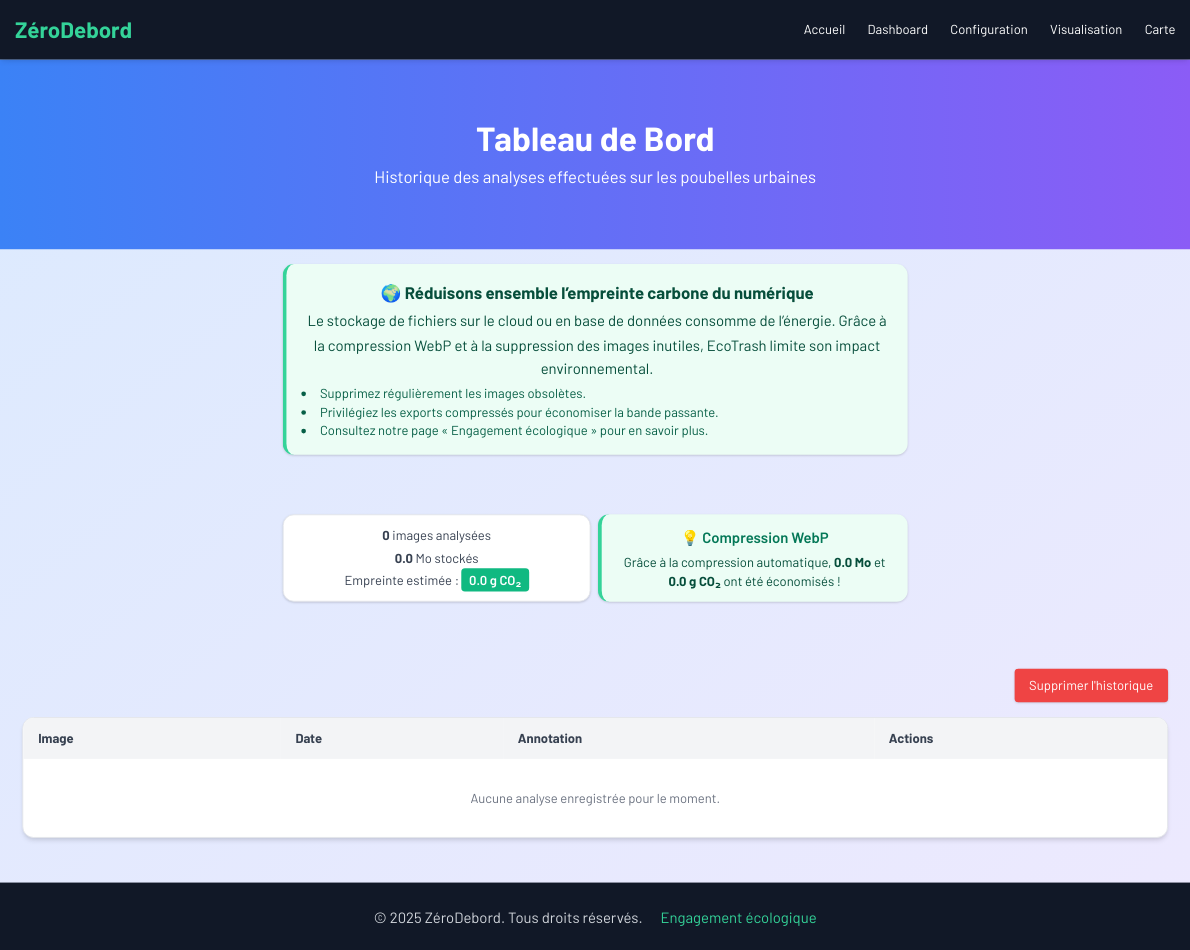
Repository: BaptGBM/MASTERCAMP
Page: http://localhost/dashboard
The author's editor kept a copy of each file at every save. The page is drawn from the files as they stood at one save, then again after the next save.
The browser window is 1280 px wide. The pictures show the whole page, at 93% of full size.
The page is served by the project's application, run on Flask 3 (app.py). Queries for data that is not in the repository find no rows.

Above is the page before, as saved 2025-07-08 23:41:33.

After the next save:
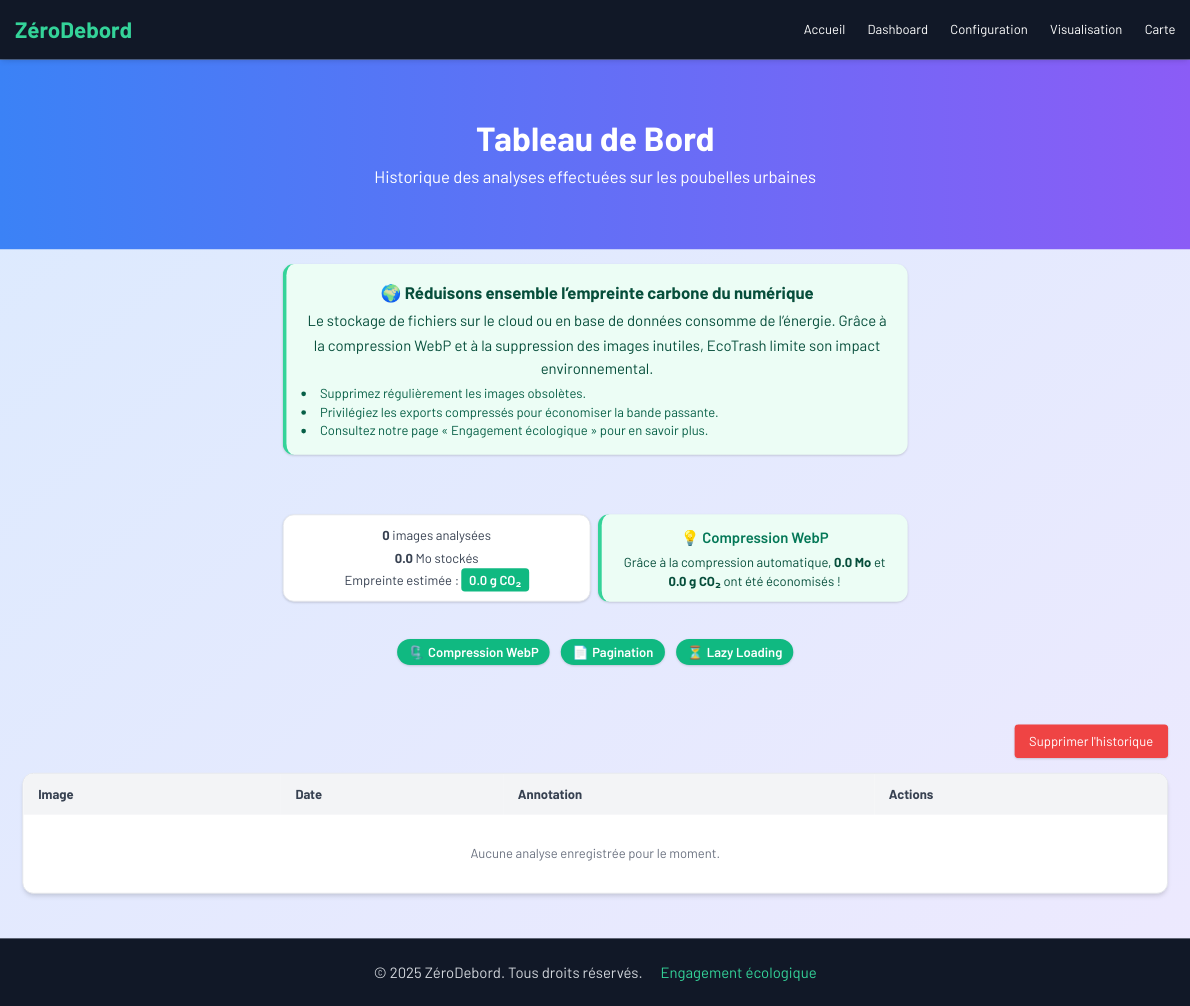
Saved 114 s later.
--- a/templates/dashboard.html
+++ b/templates/dashboard.html
@@ -73,6 +73,26 @@
   </div>
 </section>
 
+<section class="my-4 flex flex-wrap justify-center gap-3">
+  <div class="group relative inline-flex items-center">
+    <span class="bg-green-500 text-white px-3 py-1 rounded-full flex items-center gap-1 text-sm font-semibold shadow">
+      <span>🗜️</span> Compression WebP
+    </span>
+    <span class="absolute left-1/2 -translate-x-1/2 mt-2 w-max bg-gray-900 text-white text-xs rounded px-2 py-1 opacity-0 group-hover:opacity-100 transition pointer-events-none z-10">Toutes les images sont compressées automatiquement</span>
+  </div>
+  <div class="group relative inline-flex items-center">
+    <span class="bg-green-500 text-white px-3 py-1 rounded-full flex items-center gap-1 text-sm font-semibold shadow">
+      <span>📄</span> Pagination
+    </span>
+    <span class="absolute left-1/2 -translate-x-1/2 mt-2 w-max bg-gray-900 text-white text-xs rounded px-2 py-1 opacity-0 group-hover:opacity-100 transition pointer-events-none z-10">Le dashboard charge 10 images par page</span>
+  </div>
+  <div class="group relative inline-flex items-center">
+    <span class="bg-green-500 text-white px-3 py-1 rounded-full flex items-center gap-1 text-sm font-semibold shadow">
+      <span>⏳</span> Lazy Loading
+    </span>
+    <span class="absolute left-1/2 -translate-x-1/2 mt-2 w-max bg-gray-900 text-white text-xs rounded px-2 py-1 opacity-0 group-hover:opacity-100 transition pointer-events-none z-10">Les images se chargent uniquement quand elles sont visibles</span>
+  </div>
+</section>
 
 
   <!-- TABLEAU -->
